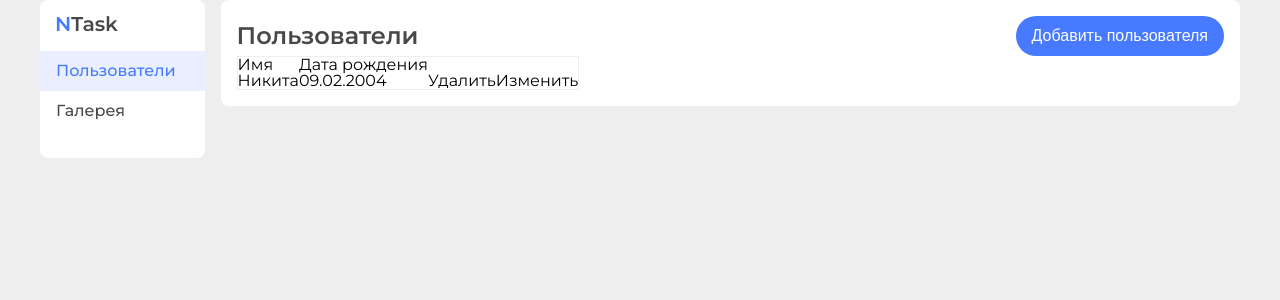
Repository: Grid-Master/NTask
Page: /
These files come from the project's save history. The page is drawn as it stood at one moment and after the next save; the edit follows.
The browser window is 1280 px wide. The pictures show the whole page.
The project was rebuilt for these pictures with package versions that can differ from the ones it lists, and the page was loaded fresh each time.

Above is the page before, as saved 2023-06-04 19:30:51.

After the next save:
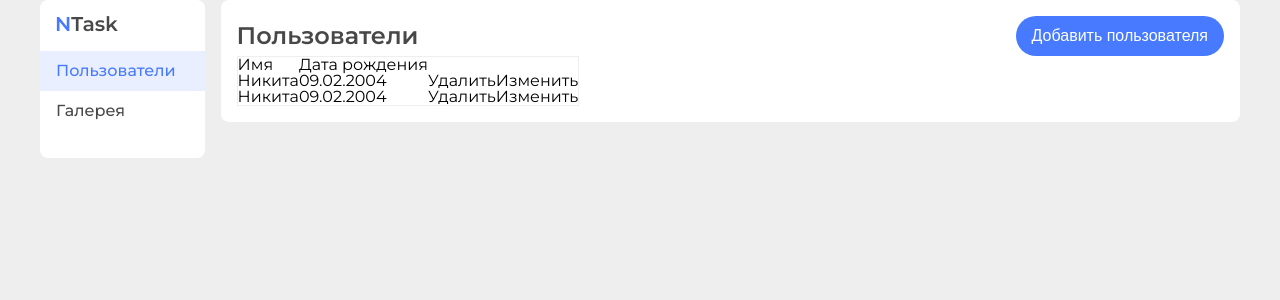
Saved 22 s later.
--- a/src/components/userList/UserList.tsx
+++ b/src/components/userList/UserList.tsx
@@ -21,6 +21,13 @@ const UserList: FC = () => {
           <td>Удалить</td>
           <td>Изменить</td>
         </tr>
+
+        <tr>
+          <td>Никита</td>
+          <td>09.02.2004</td>
+          <td>Удалить</td>
+          <td>Изменить</td>
+        </tr>
       </table>
     </div>
   );
